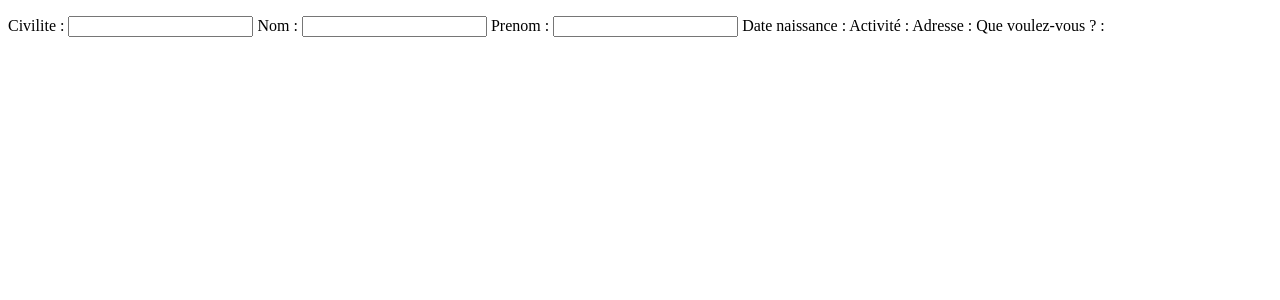
Repository: Douzal/AFCEPF_Architecte_Logiciel
Page: Workspace_Alexis/PremierWebv2/src/main/webapp/Form.html
These files come from the project's save history. The page is drawn as it stood at one moment and after the next save; the edit follows.
The browser window is 1280 px wide. The pictures show the whole page.

Above is the page before, as saved 2018-03-14 13:44:53.

After the next save:
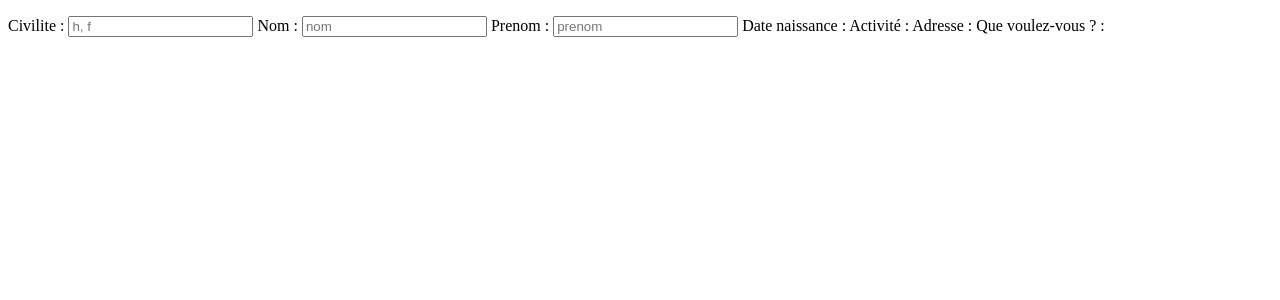
Saved 43 s later.
--- a/Workspace_Alexis/PremierWebv2/src/main/webapp/Form.html
+++ b/Workspace_Alexis/PremierWebv2/src/main/webapp/Form.html
@@ -8,9 +8,9 @@
 
 <form action="traitement" method="post">
 	<p>
-	<label for="civ">Civilite : </label><input id="civ" name="civ" type="text"></input>
-	<label for="nom">Nom : </label><input id="nom" name="nom" type="text"></input>
-	<label for="prenom">Prenom : </label><input id="prenom" name=""prenom"" type="text"></input>
+	<label for="civ">Civilite : </label><input id="civ" name="civ" type="text" placeholder="h, f"></input>
+	<label for="nom">Nom : </label><input id="nom" name="nom" type="text" placeholder="nom"></input>
+	<label for="prenom">Prenom : </label><input id="prenom" name=""prenom"" type="text" placeholder="prenom"></input>
 	<label>Date naissance : </label>
 	<label>Activité : </label>
 	<label>Adresse : </label>
